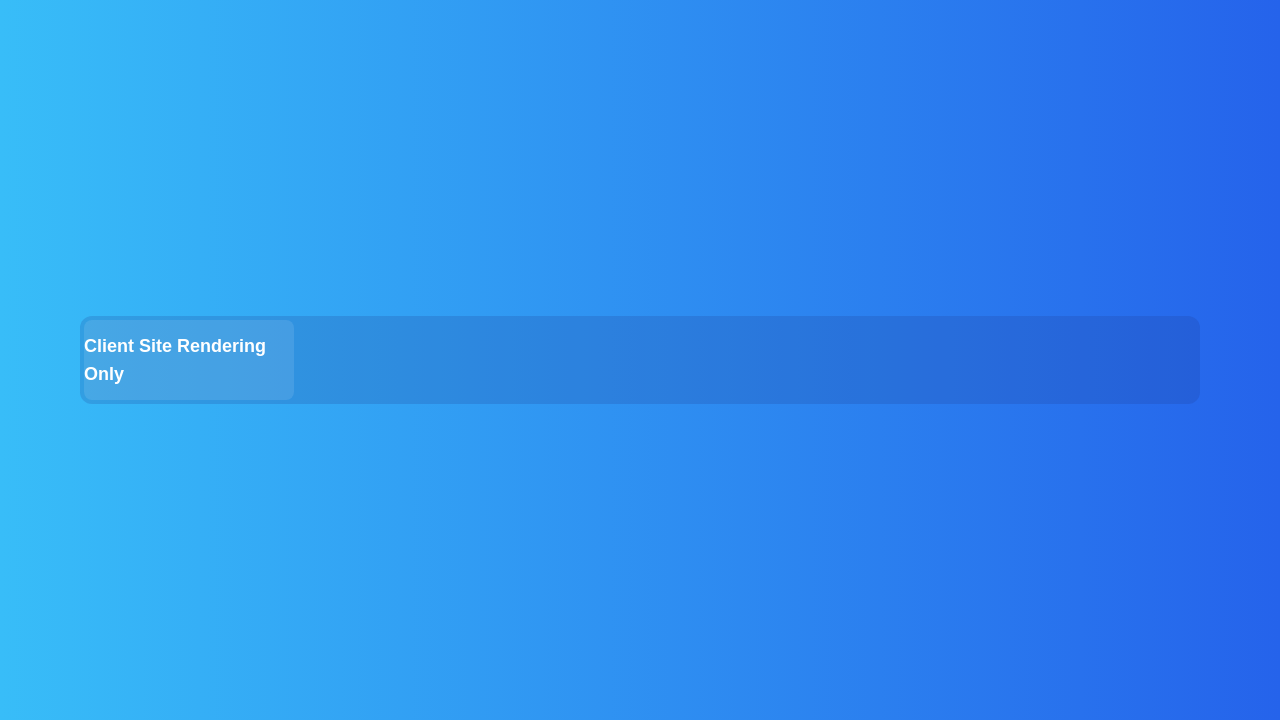
Repository: Marcus20119/Study_nextjs
Page: /CSR
An editor plug-in stored every save of this project. The page is shown before and after the next save, followed by the edit.
The browser window is 1280 px wide. The pictures show the whole page.
The project was rebuilt for these pictures with package versions that can differ from the ones it lists, and the page was loaded fresh each time. The framework's server and built-in components were replaced by stand-ins that run in the browser. Also part of the build but not shown: next.config.js.

Above is the page before, as saved 2023-04-06 13:20:45.

### pages/CSR/index.tsx
import ButtonWrap from '@/components/ButtonWrap';
import Link from 'next/link';

interface ICSR {}

const CSR: React.FC<ICSR> = ({}) => {
  const tabsData: {
    path: string;
    name: string;
  }[] = [
    {
      path: '/CSROnly',
      name: 'Client Site Rendering Only',
    },
  ];
  return (
    <ButtonWrap>
      {tabsData.map(tab => (
        <Link
          href={tab.path}
          key={tab.path}
          className="flex justify-center items-center bg-white/10 py-3 text-white text-lg font-bold rounded-lg hover:bg-white/90 hover:text-cyan-700"
        >
          {tab.name}
        </Link>
      ))}
    </ButtonWrap>
  );
};

export default CSR;

### styles/globals.css
@tailwind base;
@tailwind components;
@tailwind utilities;

:root {
  --tw-gradient-from: #38bdf8;
  --tw-gradient-to: #2563eb;
  --tw-gradient-stops: var(--tw-gradient-from), var(--tw-gradient-to);
}
body {
  font-family: 'Epilogue', sans-serif;
  -webkit-font-smoothing: antialiased;
  -moz-osx-font-smoothing: grayscale;
  -webkit-tap-highlight-color: transparent;
  background-image: linear-gradient(to right, var(--tw-gradient-stops));
}
body::-webkit-scrollbar {
  width: 14px;
  height: 14px;
  background-color: transparent;
}

body::-webkit-scrollbar-thumb {
  border-radius: 10px;
  background-color: #a9a9a9aa;
  -webkit-background-clip: padding-box; /* for Safari */
  background-clip: padding-box;
}

input,
textarea {
  outline: none;
}
* {
  margin: 0;
  padding: 0;
  -webkit-tap-highlight-color: transparent;
  box-sizing: border-box;
  scroll-behavior: smooth !important;
  /* transition-property: all;
  transition-timing-function: cubic-bezier(0.4, 0, 0.2, 1);
  transition-duration: 150ms; */
}
a {
  text-decoration: none !important;
}
li {
  list-style: none;
}
select {
  -webkit-appearance: none;
  -moz-appearance: none;
  outline: none;
}
td {
  vertical-align: middle;
  height: 44.8px;
}

### components/ButtonWrap.tsx
interface IButtonWrap {
  children: React.ReactNode;
}

const ButtonWrap: React.FC<IButtonWrap> = ({ children }) => {
  return (
    <>
      <div
        className="w-full flex justify-center items-center p-20"
        style={{
          height: '100vh',
          maxHeight: '-webkit-fill-available',
        }}
      >
        <div
          className={`w-full grid gap-4 bg-blue-900/20 p-1 rounded-xl grid-cols-5`}
          style={{
            backgroundColor: 'rgb(30 58 138/.2)',
          }}
        >
          {children}
        </div>
      </div>
    </>
  );
};

export default ButtonWrap;

Loaded but not shown: pages/_app.tsx (common file); pages/_document.tsx (common file); tailwind.config.js (common file)

After the next save:
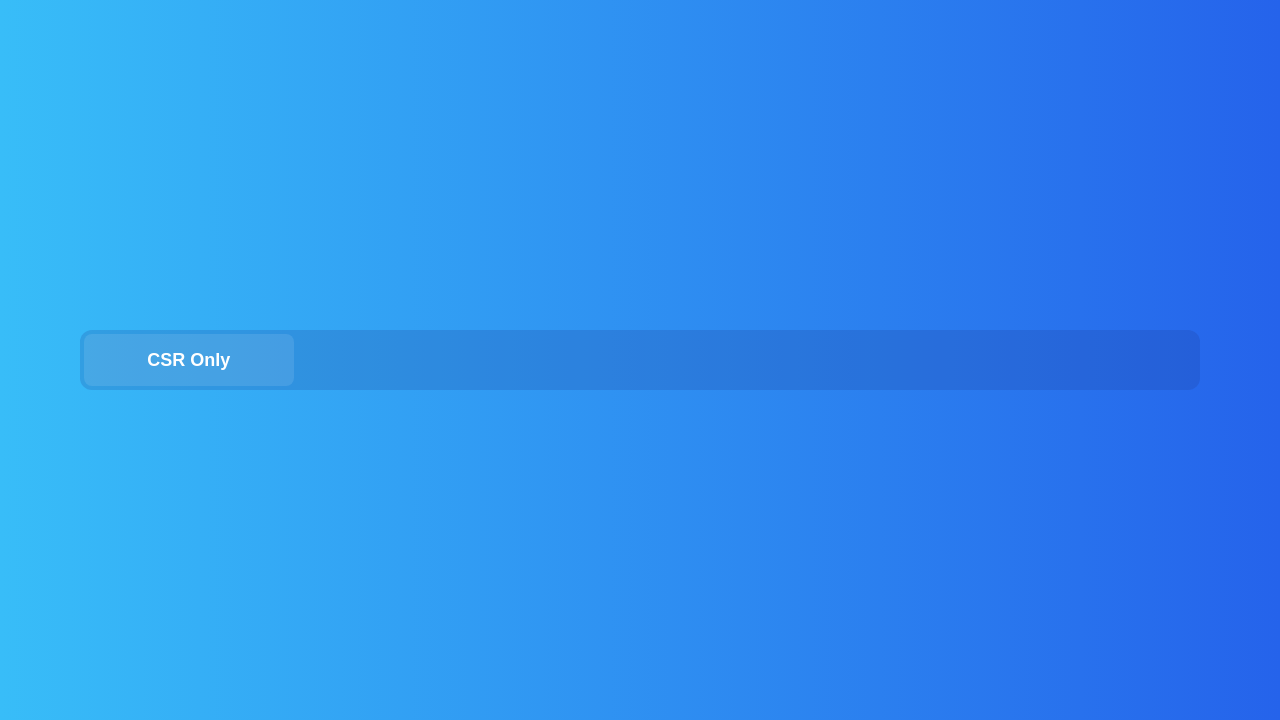
Saved 23 s later.
--- a/pages/CSR/index.tsx
+++ b/pages/CSR/index.tsx
@@ -10,7 +10,7 @@ const CSR: React.FC<ICSR> = ({}) => {
   }[] = [
     {
       path: '/CSROnly',
-      name: 'Client Site Rendering Only',
+      name: 'CSR Only',
     },
   ];
   return (
